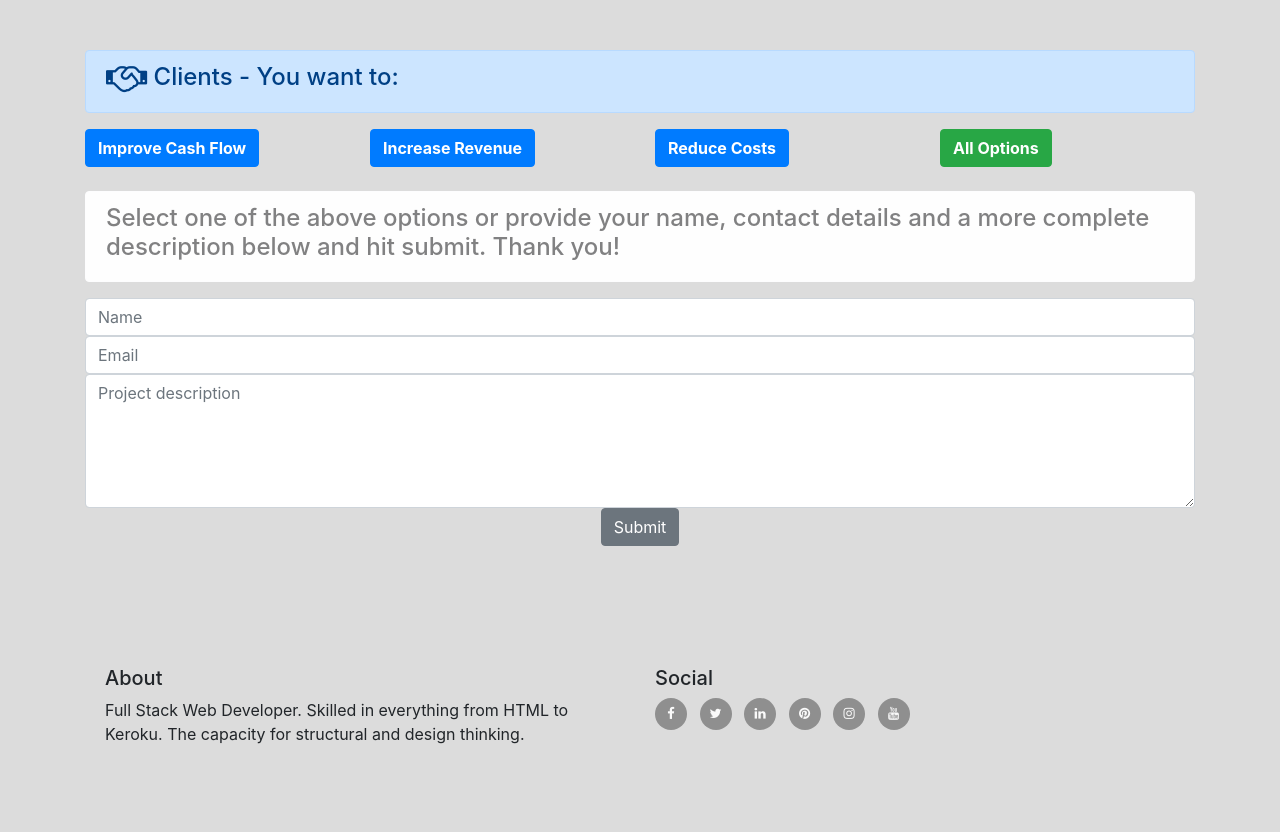
Repository: Code-Institute-Submissions/tenerim-milestone1
Page: Clients.html
The author's editor kept a record of every edit. The page is drawn from the files as they stood at one moment, then again after the next edit.
The browser window is 1280 px wide. The pictures show the whole page.

Above is the page before.

After the next edit:
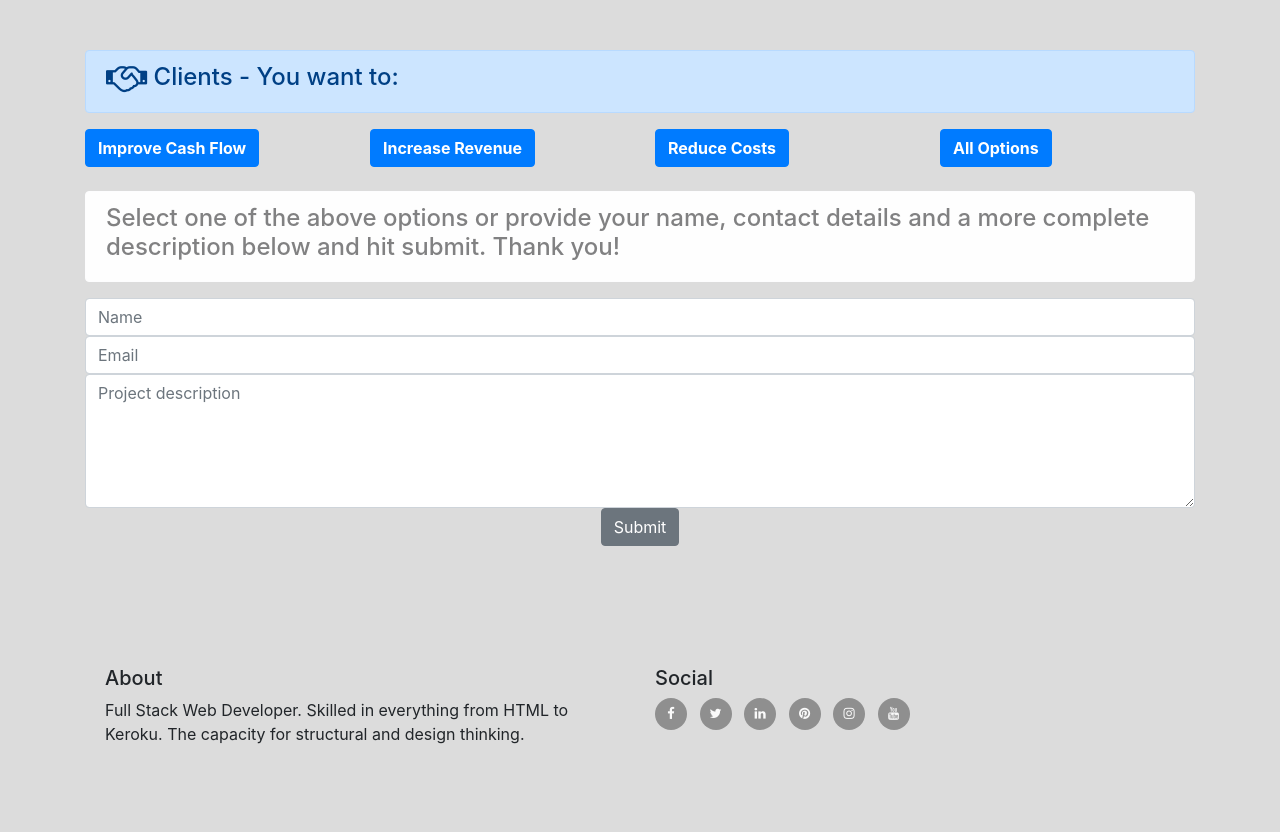
The edit:
--- a/Clients.html
+++ b/Clients.html
@@ -42,7 +42,7 @@
                     <button type="button" class="btn btn-primary"><a href="#" class="alert-link">Reduce Costs</a></button> <br />
                 </div>
                 <div class="col-sm-3">
-                    <button type="button" class="btn btn-success"><a href="#" class="alert-link">All Options</a></button> <br /> <br />
+                    <button type="button" class="btn btn-primary"><a href="#" class="alert-link">All Options</a></button> <br /> <br />
                 </div>
             </div>
 
